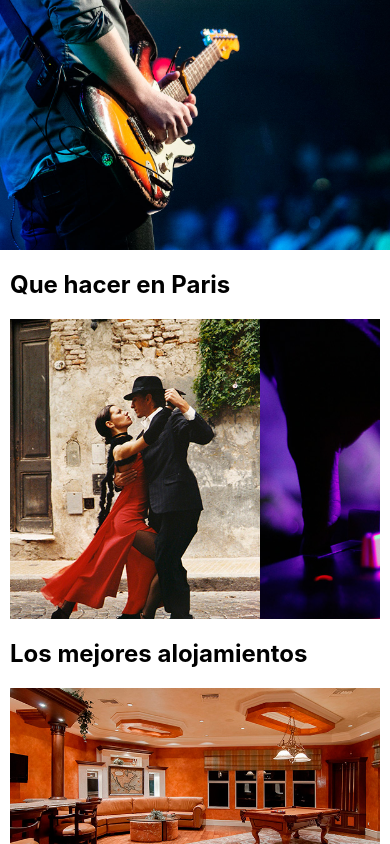
Repository: AleMicky/layout
Screen: /
An editor plug-in stored every save of this project. The screen is shown before and after the next save, followed by the edit.
An inner scrolling area shows only its first screen. The app was drawn by React Native's web renderer in a window 390 px wide. The project was rebuilt for these pictures with package versions that can differ from the ones it lists, and the page was loaded fresh each time.

Above is the screen before, as saved 2020-06-27 16:52:24.

After the next save:
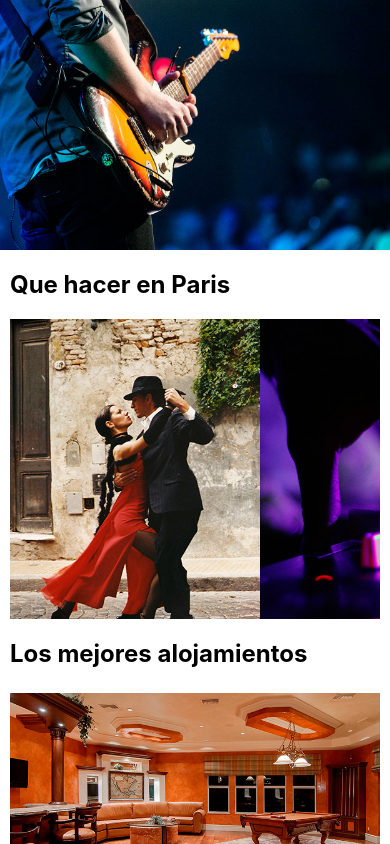
Saved 44 s later.
--- a/App.js
+++ b/App.js
@@ -76,7 +76,8 @@ const styles = StyleSheet.create({
   },
   mejoresDestinos:{
    width:'100%',
-   height:200
+   height:200,
+   marginVertical:5
   }
 });
 
